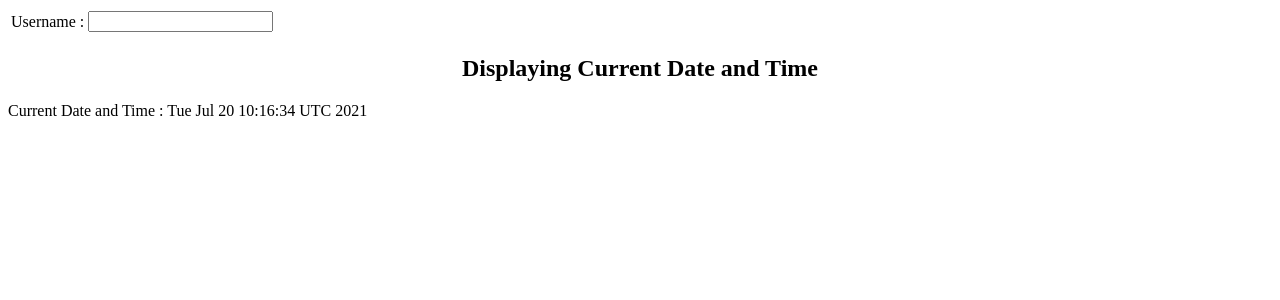
Repository: SHANMUGAPRIYAP98/SpringBootApp
Page: http://localhost/DateTime/
An editor plug-in stored every save of this project. The page is shown before and after the next save, followed by the edit.
The browser window is 1280 px wide. The pictures show the whole page.
The page is served by Tomcat 9.

Above is the page before, as saved 2021-07-22 08:05:33.

### DateTime/src/main/webapp/index.jsp
<%@page import="java.util.Date"%>
<html>
<head>
</head>
<body>
<table>
<tr><td>Username : </td><td><input type="text" id="uname" /></td></tr>
</table>
<h2><center>Displaying Current Date and Time</center></h2>
<%
out.println("Current Date and Time : "+new Date());
%>
</body>
</html>

After the next save:
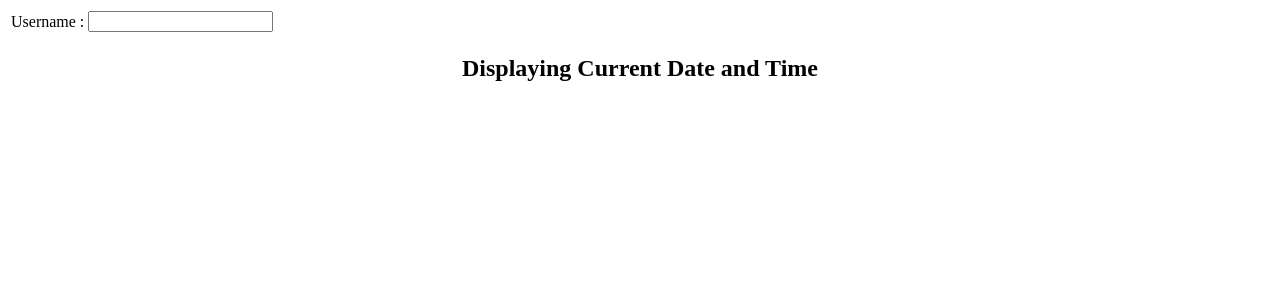
Saved 57 s later.
--- a/DateTime/src/main/webapp/index.jsp
+++ b/DateTime/src/main/webapp/index.jsp
@@ -7,8 +7,6 @@
 <tr><td>Username : </td><td><input type="text" id="uname" /></td></tr>
 </table>
 <h2><center>Displaying Current Date and Time</center></h2>
-<%
-out.println("Current Date and Time : "+new Date());
-%>
+
 </body>
 </html>

After the save that followed:
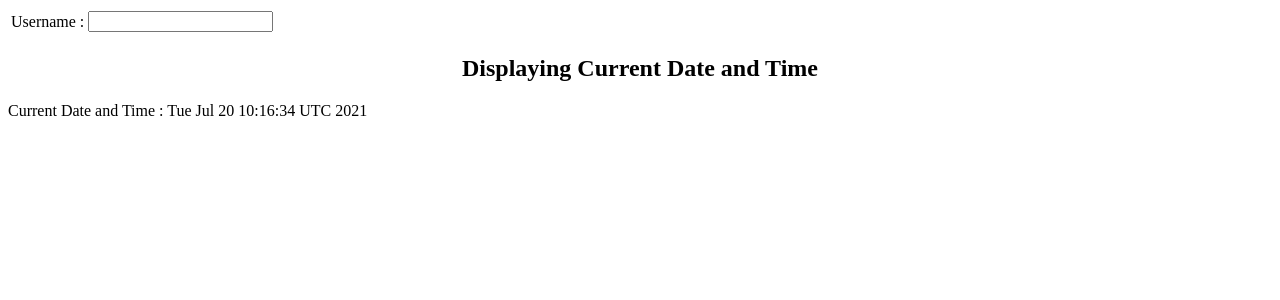
Saved 48 s later.
--- a/DateTime/src/main/webapp/index.jsp
+++ b/DateTime/src/main/webapp/index.jsp
@@ -7,6 +7,8 @@
 <tr><td>Username : </td><td><input type="text" id="uname" /></td></tr>
 </table>
 <h2><center>Displaying Current Date and Time</center></h2>
-
+<%
+out.println("Current Date and Time : "+new Date());
+%>
 </body>
 </html>
